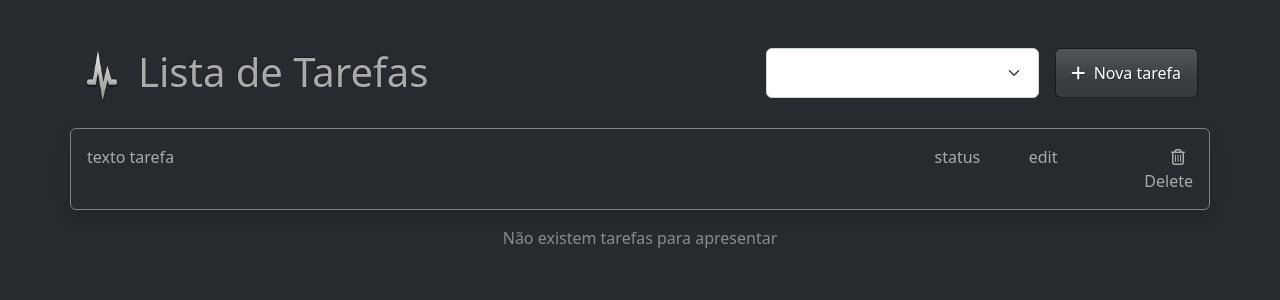
Repository: cargugati/lista_tarefas
Page: frontEnd/index.html
The author's editor kept a copy of each file at every save. The page is drawn from the files as they stood at one save, then again after the next save.
The browser window is 1280 px wide. The pictures show the whole page.

Above is the page before, as saved 2023-03-18 21:06:45.

### frontEnd/index.html
<!DOCTYPE html>
<html lang="pt-br">

<head>
  <meta charset="UTF-8">
  <meta http-equiv="X-UA-Compatible" content="IE=edge">
  <meta name="viewport" content="width=device-width, initial-scale=1.0">
  <title>Lista de Tarefas</title>
  <link rel="stylesheet" href="./assets/css/bootstrap.min.css">
  <link rel="stylesheet" href="./assets/fontawesome/css/all.min.css">
  <link rel="shortcut icon" href="./assets/images/favicon.png" type="image/png">
</head>

<body>
  <div class="container my-5">

    <!-- cabeçalho -->
    <div class="row mb-4">
      <div class="col">
        <div class="d-flex justify-content-start">
          <img src="./assets/images/favicon.png" alt="Logo" class="img-fluid me-3" width="40px">
          <h1>Lista de Tarefas</h1>
        </div>

      </div>
      <div class="col text-end">
        <div class="d-flex justify-content-end">
          <select id="select_filter" class="form-select w-50 me-3">
            <option value=""></option>
            <option value="1">1</option>
          </select>
          <a href="new_task.html" class="btn btn-primary"><i class="fa-solid fa-plus me-2"></i>Nova tarefa</a>
        </div>
      </div>
    </div>

    <!-- aspecto visual de uma tarefa -->
    <div class="row mb-3">
      <div class="col-12 border border-secondary rounded p-3 shadow">
        <div class="row">
          <div class="col-9">texto tarefa</div>
          <div class="col-1">status</div>
          <div class="col-1">edit</div>
          <div class="col-1 text-end"><i class="fa-regular fa-trash-can me-2"></i>Delete</div>
        </div>
      </div>
    </div>


    <!-- sem tarefa -->
    <div class="row " id="no_tasks">
      <div class="col text-center">
        <span class="opacity-75">Não existem tarefas para apresentar</span>
      </div>
    </div>
  </div>


  <script src="./assets/js/bootstrap.bundle.min.js"></script>
</body>

</html>

Loaded but not shown: frontEnd/assets/css/bootstrap.min.css (library); frontEnd/assets/fontawesome/css/all.min.css (library); frontEnd/assets/js/bootstrap.bundle.min.js (library)

After the next save:
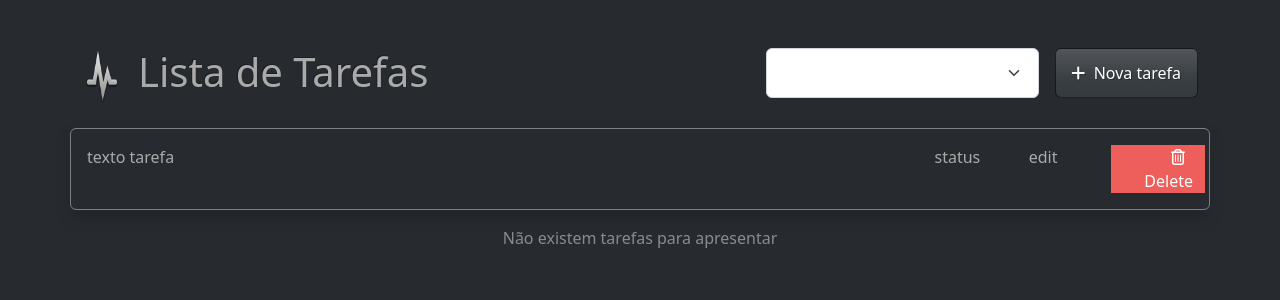
Saved 5 s later.
--- a/frontEnd/index.html
+++ b/frontEnd/index.html
@@ -41,7 +41,7 @@
           <div class="col-9">texto tarefa</div>
           <div class="col-1">status</div>
           <div class="col-1">edit</div>
-          <div class="col-1 text-end"><i class="fa-regular fa-trash-can me-2"></i>Delete</div>
+          <div class="col-1 text-end text-bg-danger"><i class="fa-regular fa-trash-can me-2"></i>Delete</div>
         </div>
       </div>
     </div>
